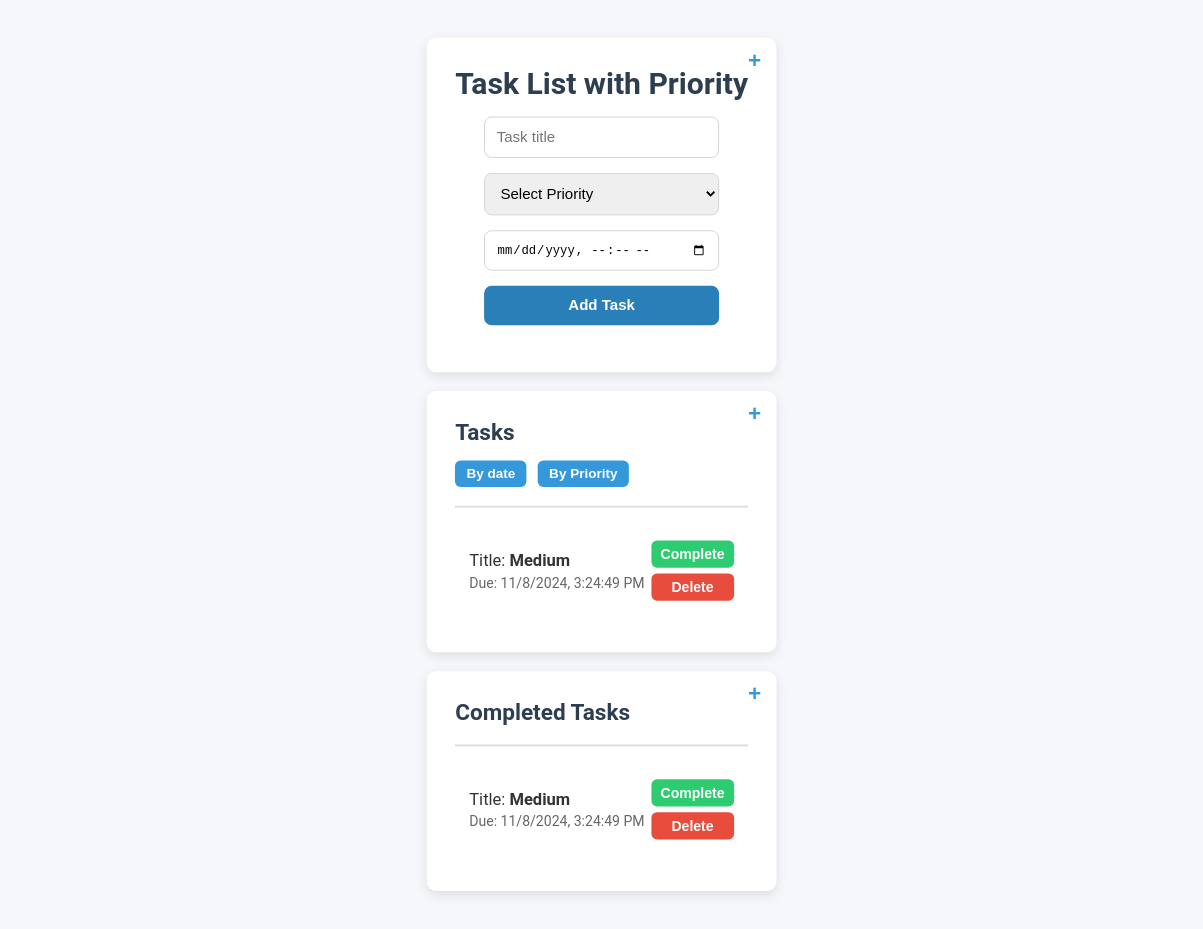
Repository: Lithium87/TaskList
Page: /
These files come from the project's save history. The page is drawn as it stood at one moment and after the next save; the edit follows.
The browser window is 1280 px wide. The pictures show the whole page, at 94% of full size.
The project was rebuilt for these pictures with package versions that can differ from the ones it lists, and the page was loaded fresh each time. Also part of the build but not shown: vite.config.js.

Above is the page before, as saved 2025-07-08 17:05:36.

### src/index.css
/* General app styles */
* {
  box-sizing: border-box;
  margin: 0;
  padding: 0;
}

body {
  font-family: "Roboto", sans-serif;
  background-color: #f5f7fa;
  display: flex;
  justify-content: center;
  align-items: flex-start;
  min-height: 100vh;
  padding: 40px;
  color: #333;
}

.app {
  display: flex;
  flex-direction: column;
  gap: 20px;
  max-width: 500px;
  width: 100%;
}

/* Main container for current tasks and completed tasks */
.task-container,
.completed-task-container {
  position: relative;
  background-color: #ffffff;
  border-radius: 10px;
  box-shadow: 0 4px 12px rgba(0, 0, 0, 0.1);
  padding: 30px;
}

/* Headings */
h1,
h2 {
  color: #2c3e50;
  margin-bottom: 16px;
}

/* Completed Task toggle button */
.completed-header {
  display: flex;
  align-items: center;
  justify-content: space-between;
}

.toggle-button {
  background: none;
  border: none;
  cursor: pointer;
  font-size: 1.2em;
  color: #3498db;
  transition: transform 0.3s ease;
}

.toggle-button.open {
  transform: rotate(180deg);
}

/* Sort buttons container */
.sort-controls {
  display: flex;
  justify-content: start;
  align-items: center;
  gap: 12px;
  margin-bottom: 20px;
}

/* Close/open button for sections */
.close-button {
  background: none;
  border: none;
  font-size: 1.5em;
  font-weight: bold;
  color: #3498db;
  cursor: pointer;
  position: absolute;
  top: 10px;
  right: 16px;
  padding: 0;
  transition: color 0.3s, transform 0.3s ease;
}

.close-button.open {
  transform: rotate(135deg); /* Turns "×" into "+" */
  color: #2980b9;
}

.close-button:hover {
  color: #2980b9;
}

/* Sort buttons */
.sort-button {
  padding: 6px 12px;
  background-color: #3498db;
  border: none;
  color: white;
  font-size: 0.9em;
  font-weight: bold;
  border-radius: 6px;
  cursor: pointer;
  transition: background-color 0.3s;
}

.sort-button.active {
  background-color: #2980b9;
  font-weight: bold;
}

.sort-button:hover {
  background-color: #2980b9;
}

/* Task form styles */
.task-form {
  display: flex;
  flex-direction: column;
  align-items: center;
  margin-bottom: 20px;
  animation: fade-in 0.5s ease-in-out;
}

.task-form input[type="text"],
.task-form select,
.task-form input[type="datetime-local"] {
  margin: 0 0 16px 0;
  padding: 12px;
  border-radius: 8px;
  border: 1px solid #ced4da;
  width: 80%;
  font-size: 1em;
  transition: border 0.3s;
}

.task-form input:focus,
.task-form select:focus,
.task-form input[type="datetime-local"]:focus {
  outline: none;
  border-color: #3498db;
}

.task-form button {
  padding: 12px 24px;
  border: none;
  background-color: #2980b9;
  color: white;
  font-size: 1em;
  font-weight: bold;
  border-radius: 8px;
  cursor: pointer;
  transition: background-color 0.3s, transform 0.2s;
  width: 80%;
}

.task-form button:hover {
  background-color: #2980b9;
  transform: translateY(-2px);
}

/* Task list styles */
.task-list,
.completed-task-list {
  list-style-type: none;
  padding: 0;
  width: 100%;
}

/* Task item styles */
.task-item {
  padding: 15px;
  border-radius: 8px;
  display: flex;
  justify-content: space-between;
  align-items: center;
  margin: 10px 0;
  font-size: 1.1em;
  transition: transform 0.2s, opacity 0.3s;
  animation: fade-in 0.5s ease-in-out;
}

.task-item.high {
  background-color: #f8d7da;
  color: #721c24;
  border-left: 6px solid #f5c6cb;
}

.task-item.medium {
  background-color: #fff3cd;
  color: #856404;
  border-left: 6px solid #ffeeba;
}

.task-item.low {
  background-color: #d4edda;
  color: #155724;
  border-left: 6px solid #c3e6cb;
}

.task-item:hover {
  transform: scale(1.02);
}

.task-info {
  flex: 1;
  text-align: left;
}

/* Date text style */
.task-deadline {
  font-size: 0.85em;
  color: #666;
  margin-top: 5px;
}

/* Buttons container for vertical alignment */
.task-buttons {
  display: flex;
  flex-direction: column;
  gap: 6px;
}

/* Complete button */
.complete-button {
  padding: 6px 10px;
  background-color: #2ecc71;
  border: none;
  color: white;
  border-radius: 6px;
  font-size: 0.85em;
  font-weight: bold;
  cursor: pointer;
  transition: background-color 0.3s, transform 0.2s;
}

.complete-button:hover {
  background-color: #27ae60;
  transform: translateY(-2px);
}

/* Delete button */
.delete-button {
  padding: 6px 10px;
  background-color: #e74c3c;
  border: none;
  color: white;
  border-radius: 6px;
  font-size: 0.85em;
  font-weight: bold;
  cursor: pointer;
  transition: background-color 0.3s, transform 0.2s;
}

.delete-button:hover {
  background-color: #c0392b;
  transform: translateY(-2px);
}

/* Completed task item */
.task-item.completed {
  background-color: #e0f7df;
  color: #155724;
  border-left: 6px solid #a5d6a7;
  opacity: 0.9;
}

/* Animation for completed tasks */
.completed-task-list .task-item {
  animation: fade-in 0.5s ease-in-out;
}

@keyframes fade-in {
  from {
    opacity: 0;
    transform: translateY(-10px);
  }
  to {
    opacity: 1;
    transform: translateY(0);
  }
}

/* Completed task list container with smooth slide-down effect */
.completed-task-list-container {
  overflow: hidden;
  max-height: 0;
  opacity: 0;
  transition: max-height 0.5s ease, opacity 0.5s ease;
}

.completed-task-list-container.open {
  max-height: 500px; /* Adjust as needed */
  opacity: 1;
}

/* Completed task list section */
.completed-task-list,
.task-list {
  margin-top: 20px;
  padding-top: 10px;
  border-top: 2px solid #ddd;
}

.footer {
  text-align: center;
  margin-top: 20px;
  padding: 10px;
  background-color: #f0f0f0;
  font-size: 0.9em;
}

### src/App.jsx
function App () {
  return (
    <div className="app">
      <div className="task-container">
        <h1>Task List with Priority</h1>
        <button className="close-button">+</button>
        <TaskForm />
      </div>

      <div className="task-container">
        <h2>Tasks</h2>
        <button className="close-button">+</button>
        <div className="sort-controls">
          <button className="sort-button">By date</button>
          <button className="sort-button">By Priority</button>
        </div>
        <TaskList />
      </div>

      <div className="completed-task-container">
        <h2>Completed Tasks</h2>
        <button className="close-button">+</button>
        <CompletedTaskList />
      </div>
    </div>
  );
}

const TaskForm = () => {
  return (
    <form className="task-form">
      <input type="text" value={''} placeholder="Task title" required />
      <select value={''} required>
        <option value="" disabled>Select Priority</option>
        <option value="low">Low Priority</option>
        <option value="medium">Medium Priority</option>
        <option value="high">High Priority</option>
      </select>
      <input type="datetime-local" value={''} required />
      <button type="submit">Add Task</button>
    </form>
  );
};

const TaskList = () => {
  return (
    <ul className="task-list">
      <TaskItem title="Task 1" priority="low" dueDate="2023-10-01T10:00" />
    </ul>
  );
};

const TaskItem = () => {
  return (
    <li className="task-item">
      <div className="task-info">
        <div>
          Title: <strong>Medium</strong>
        </div>
        <div className="task-deadline">
          Due: {new Date ().toLocaleString ()}
        </div>
      </div>
      <div className="task-buttons">
        <button className="complete-button">Complete</button>
        <button className="delete-button">Delete</button>
      </div>
    </li>
  );
};

const CompletedTaskList = () => {
  return (
    <ul className="completed-task-list">
      <TaskItem />
    </ul>
  );
};

const Footer = () => {
  return (
    <footer className="footer">
      <p>Task List App © 2025</p>
    </footer>
  );
};

export default App;

Loaded but not shown: src/main.jsx (common file)

After the next save:
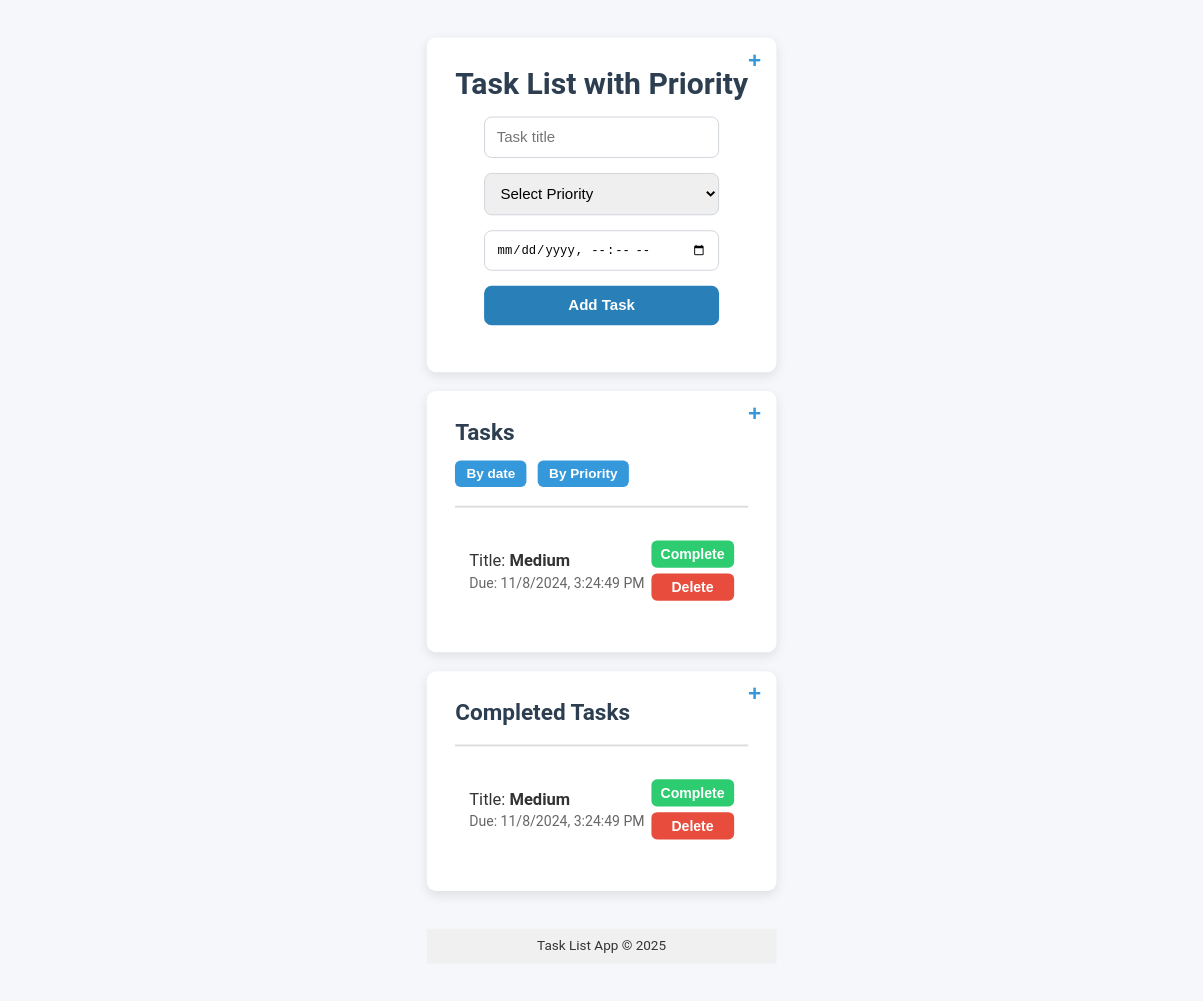
Saved 23 s later.
--- a/src/App.jsx
+++ b/src/App.jsx
@@ -22,6 +22,8 @@ function App () {
         <button className="close-button">+</button>
         <CompletedTaskList />
       </div>
+
+      <Footer />
     </div>
   );
 }
